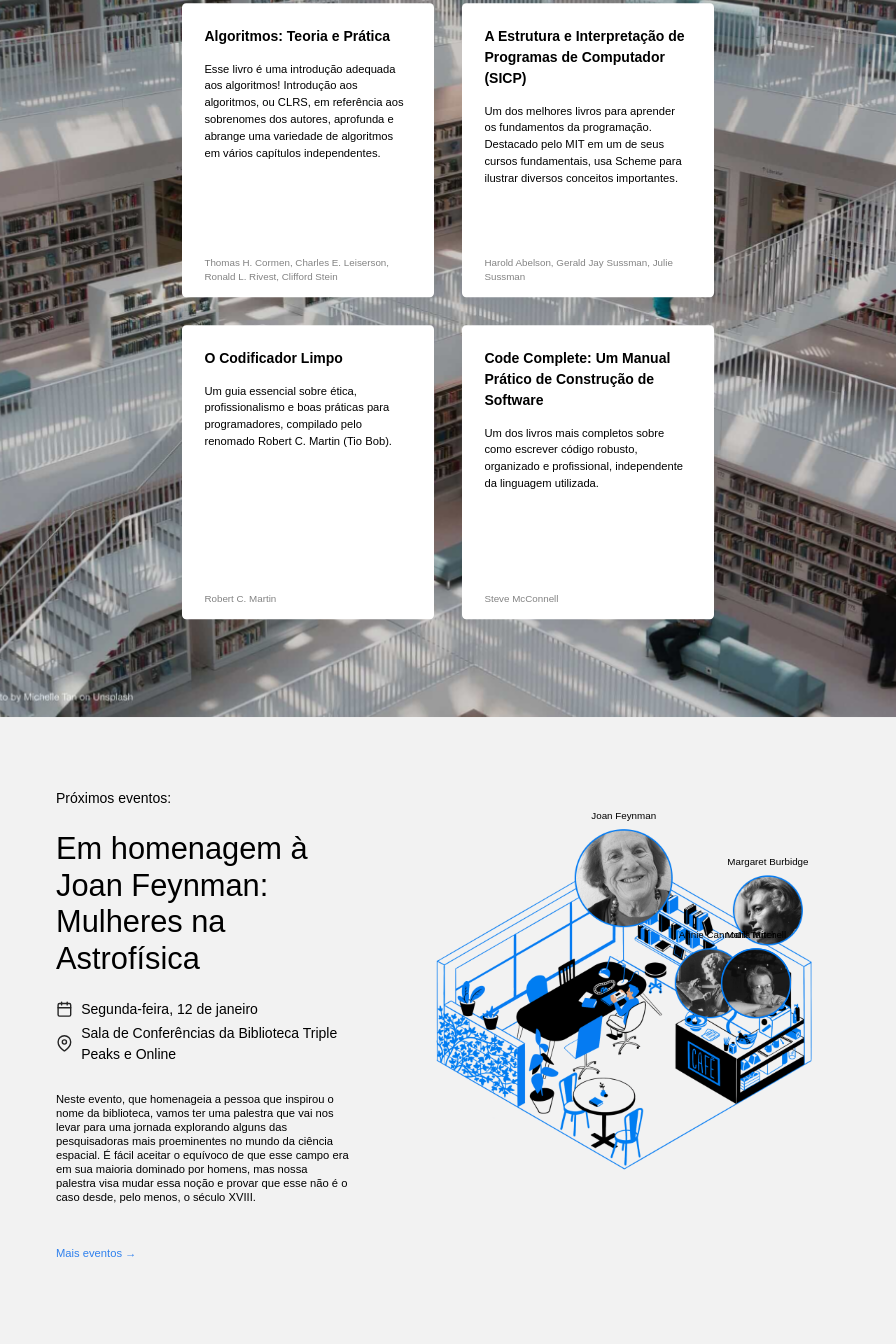
Repository: thainagomesc/web_project_library_pt
Page: index.html
An editor plug-in stored every save of this project. The page is shown before and after the next save, followed by the edit.
The browser window is 1280 px wide. The pictures show the part of the page from y = 962 to 2882 px (the page is 2882 px tall), at 70% of full size.

Above is the page before, as saved 2025-12-28 21:12:14.

After the next save:
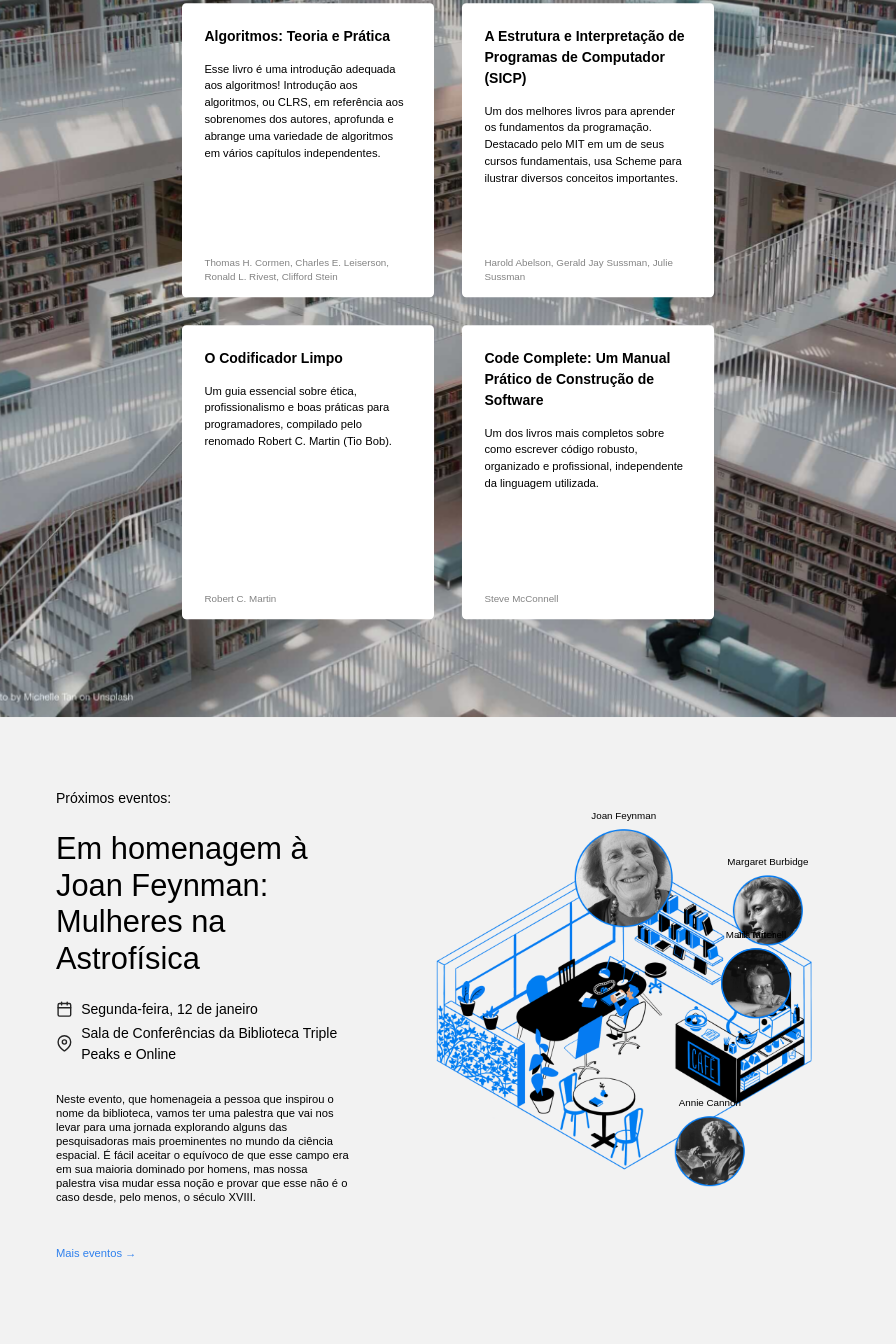
Saved 26 s later.
--- a/styles/style.css
+++ b/styles/style.css
@@ -257,9 +257,9 @@
 }
 
 .person_name_cannon {
-  top: 200px;
+  top: auto;
   right: 216px;
-  bottom: auto;
+  bottom: 18px;
   left: auto;
 }
 
